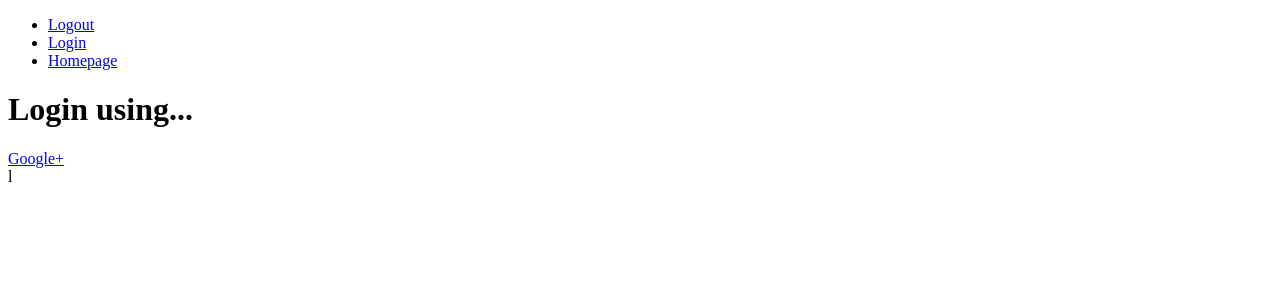
Repository: dewaary/Bootcamp2
Page: http://localhost/auth/login
These files come from the project's save history. The page is drawn as it stood at one moment and after the next save; the edit follows.
The browser window is 1280 px wide. The pictures show the whole page.
The page is served by the project's Node server (FullStackJS/app.js).

Above is the page before, as saved 2021-06-08 00:11:30.

After the next save:
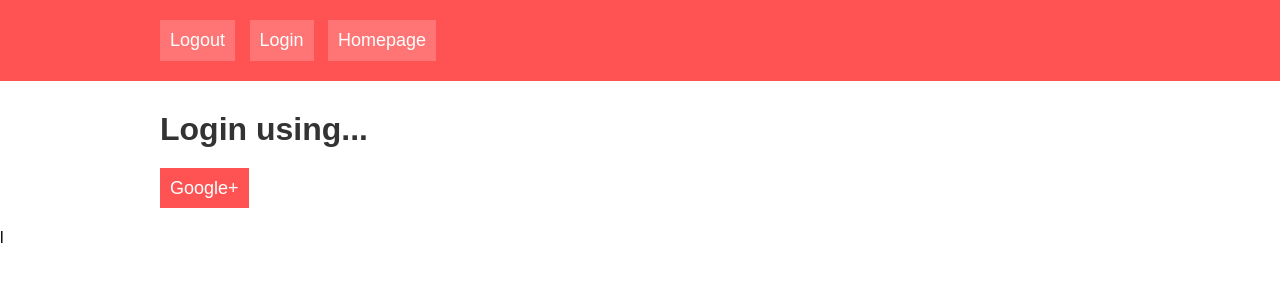
Saved 23 s later.
--- a/FullStackJS/views/login.ejs
+++ b/FullStackJS/views/login.ejs
@@ -6,6 +6,47 @@
     <meta name="viewport" content="width=device-width, initial-scale=1.0">
     <title>Login</title>
 </head>
+<style>
+    body{
+                font-family: arial;
+                margin: 0;
+            }
+            nav{
+                background: #ff5353;
+                padding: 20px 10px;
+            }
+            nav ul{
+                max-width: 960px;
+                margin: 0 auto;
+                padding: 0;
+            }
+            nav li{
+                list-style-type: none;
+                display: inline-block;
+                margin: 0 10px 0 0;
+            }
+            nav a{
+                color: #fff;
+                font-size: 18px;
+                background: rgba(255,255,255,0.2);
+                text-decoration: none;
+                padding: 10px;
+                display: block;
+            }
+            main, header{
+                max-width: 960px;
+                margin: 30px auto;
+                padding: 0 10px;
+                color: #333;
+            }
+            .google-btn{
+                color: #fff;
+                text-decoration: none;
+                font-size: 18px;
+                padding: 10px;
+                background: #ff5353;
+            }
+</style>
 <body>
     <nav>
         <ul>
